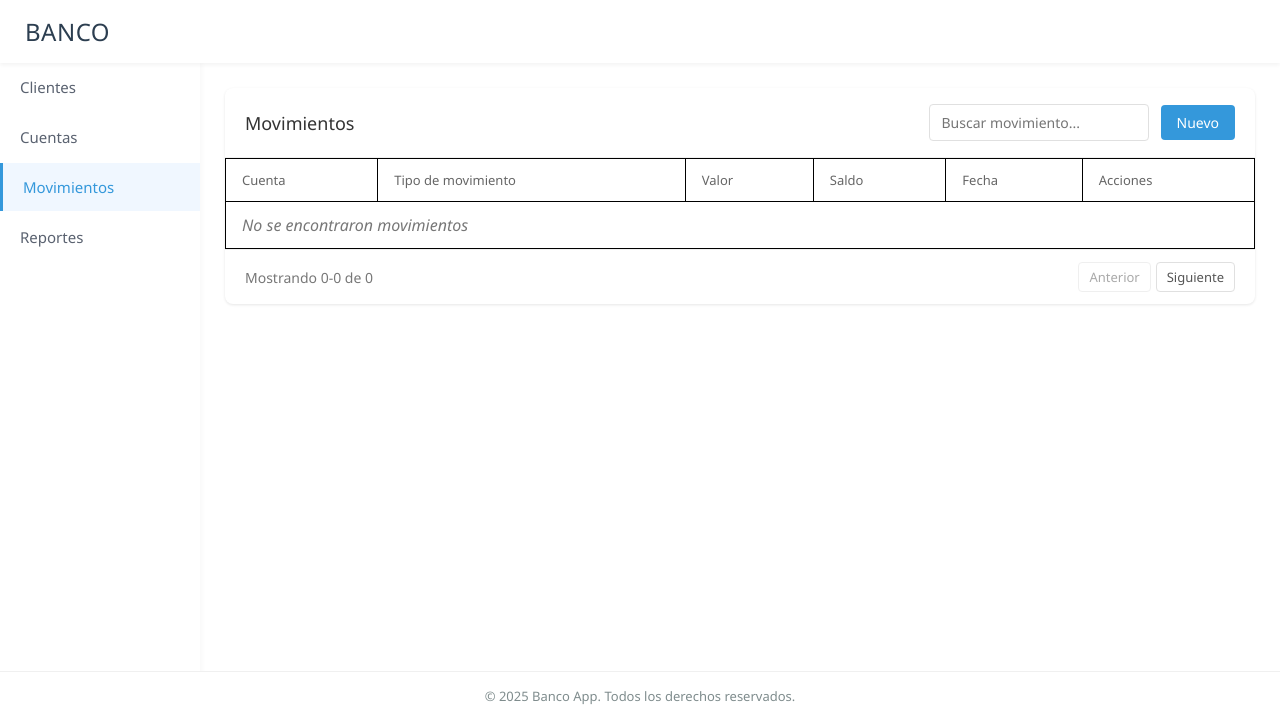
Repository: nder1996/Bank-Devsu
Page: /movimientos (app in Frontend/banco-devsu/)
An editor plug-in stored every save of this project. The page is shown before and after a run of saves, followed by the edit.
The browser window is 1280 px wide. The pictures show the whole page.
The page's requests for data from a server got no answer. The project was rebuilt for these pictures with package versions that can differ from the ones it lists, and the page was loaded fresh each time. No one was signed in, and anything a server would have sent is missing. Also part of the build but not shown: Frontend/banco-devsu/angular.json, Frontend/banco-devsu/src/app/presentation/pages/clientes/clientes.component.ts, Frontend/banco-devsu/src/app/core/services/cliente.service.ts, Frontend/banco-devsu/src/app/presentation/pages/cuentas/cuentas.component.ts, Frontend/banco-devsu/src/app/core/services/cuenta.service.ts, Frontend/banco-devsu/src/app/presentation/pages/reportes/reportes.component.ts.

Above is the page before, as saved 2025-08-22 14:03:42.

After the next 2 saves:
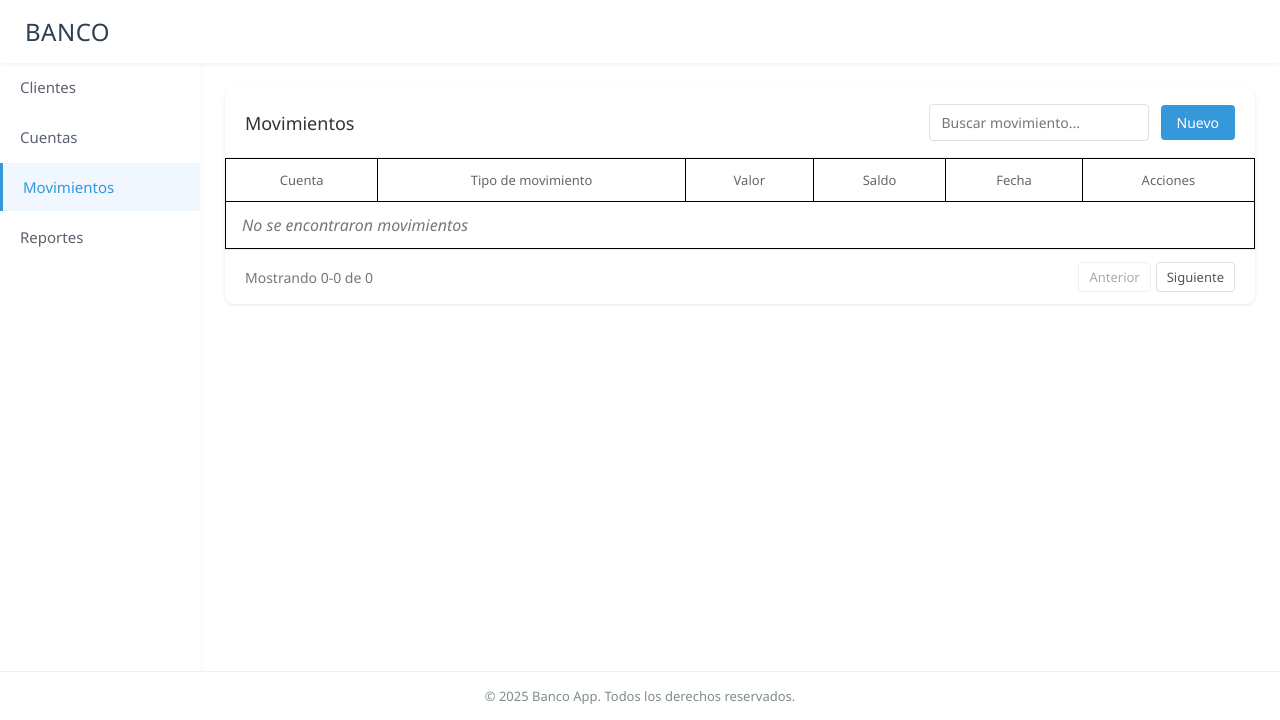
The 2 saves are shown as one change because they came seconds apart.
The last was saved 25 s later.
--- a/Frontend/banco-devsu/src/styles.css
+++ b/Frontend/banco-devsu/src/styles.css
@@ -38,7 +38,7 @@ html, body {
 
 
 .data-table th{
-
+text-align: center !important;
 }
 
 .data-table th, .data-table td {
